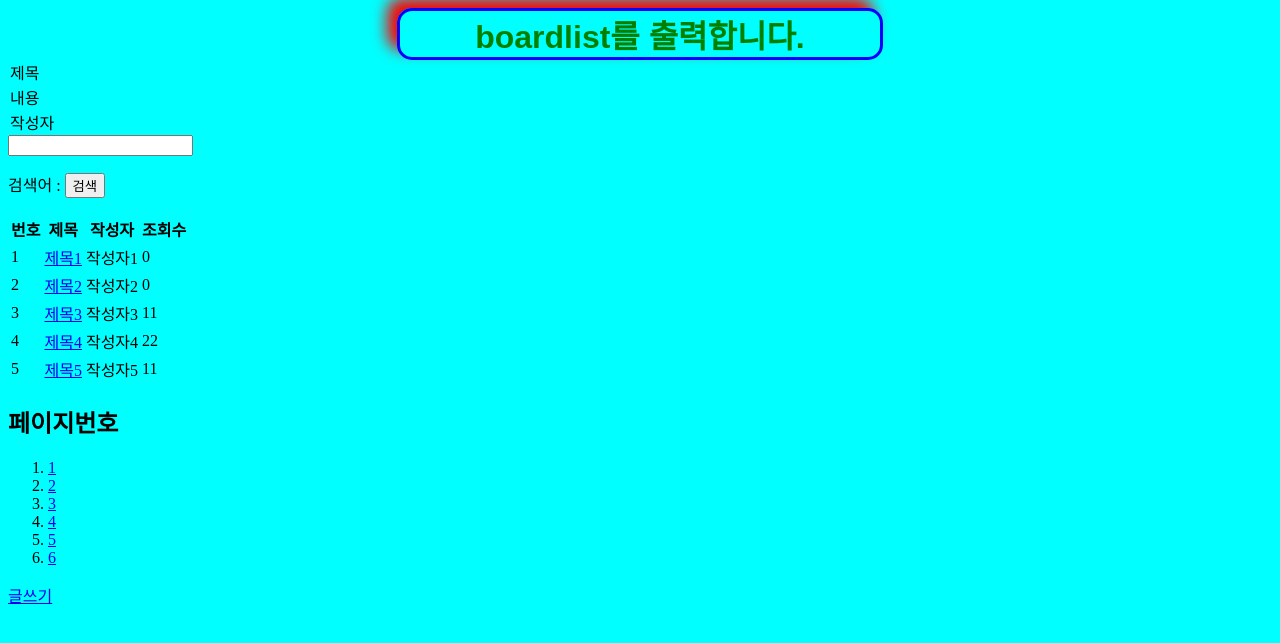
Repository: Kray273/JSLab
Page: css/src/main/webapp/Day97/boardlist.html
The author's editor kept a copy of each file at every save. The page is drawn from the files as they stood at one save, then again after the next save.
The browser window is 1280 px wide. The pictures show the whole page.

Above is the page before, as saved 2022-11-25 08:48:50.

### css/src/main/webapp/Day97/boardlist.html
<!DOCTYPE html>
<html>
<head>
<meta charset="UTF-8">
<title>kray</title>
<style type="text/css">

	#title {
		border: 3px solid blue;
		width: 480px;
		color: green;
		text-align: center;
		box-shadow: -10px -10px 15px red;
		border-radius: 15px;
		margin: auto;
		font-family: sans-serif;
	}
</style>

</head>
<body style="background-color: aqua;">

<h1 id="title">boardlist를 출력합니다.</h1>
<form action="">
	<section>
		<option>제목</option>
		<option>내용</option>
		<option>작성자</option>
	</section>

	<input type="text">
	<p>검색어 : <input type="button" value="검색"></p>

	<div>
		<table>
			<tr>
				<th>번호</th>
				<th>제목</th>
				<th>작성자</th>
				<th>조회수</th>
			</tr>
			<tr>
				<td>1</td>
				<td><a href="boardcontents.html">제목1</a></td>
				<td>작성자1</td>
				<td>0</td>
			</tr>
			<tr>
				<td>2</td>
				<td><a href="boardcontents.html">제목2</a></td>
				<td>작성자2</td>
				<td>0</td>
			</tr>
			<tr>
				<td>3</td>
				<td><a href="boardcontents.html">제목3</a></td>
				<td>작성자3</td>
				<td>11</td>
			</tr>
			<tr>
				<td>4</td>
				<td><a href="boardcontents.html">제목4</a></td>
				<td>작성자4</td>
				<td>22</td>
			</tr>
			<tr>
				<td>5</td>
				<td><a href="boardcontents.html">제목5</a></td>
				<td>작성자5</td>
				<td>11</td>
			</tr>
		</table>
	</div>

<h2>페이지번호</h2>
<div>
	<ol>
		<li><a href="boardlist.html">1 </a></li>
		<li><a href="boardlist.html">2 </a></li>
		<li><a href="boardlist.html">3 </a></li>
		<li><a href="boardlist.html">4 </a></li>
		<li><a href="boardlist.html">5 </a></li>
		<li><a href="boardlist.html">6 </a></li>
	</ol>
</div>

<p><a href="boardinsert.html">글쓰기</a></p>
</form>

</body>
</html>

After the next save:
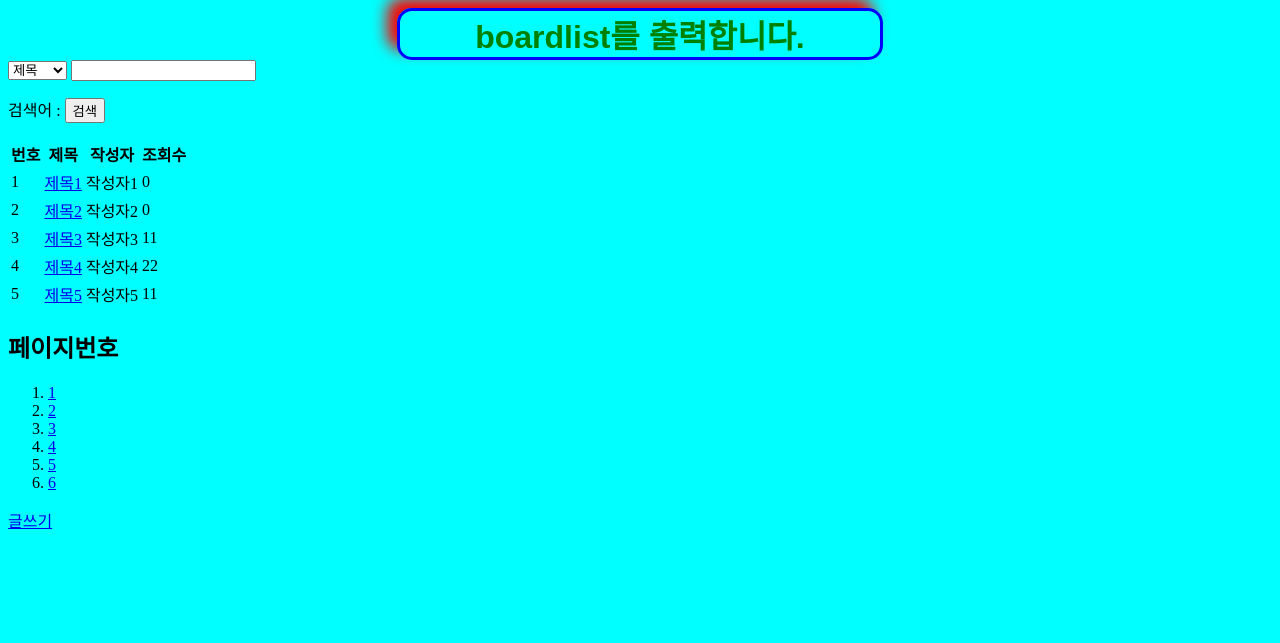
Saved 77 s later.
--- a/css/src/main/webapp/Day97/boardlist.html
+++ b/css/src/main/webapp/Day97/boardlist.html
@@ -22,11 +22,11 @@
 
 <h1 id="title">boardlist를 출력합니다.</h1>
 <form action="">
-	<section>
+	<select>
 		<option>제목</option>
 		<option>내용</option>
 		<option>작성자</option>
-	</section>
+	</select>
 
 	<input type="text">
 	<p>검색어 : <input type="button" value="검색"></p>
